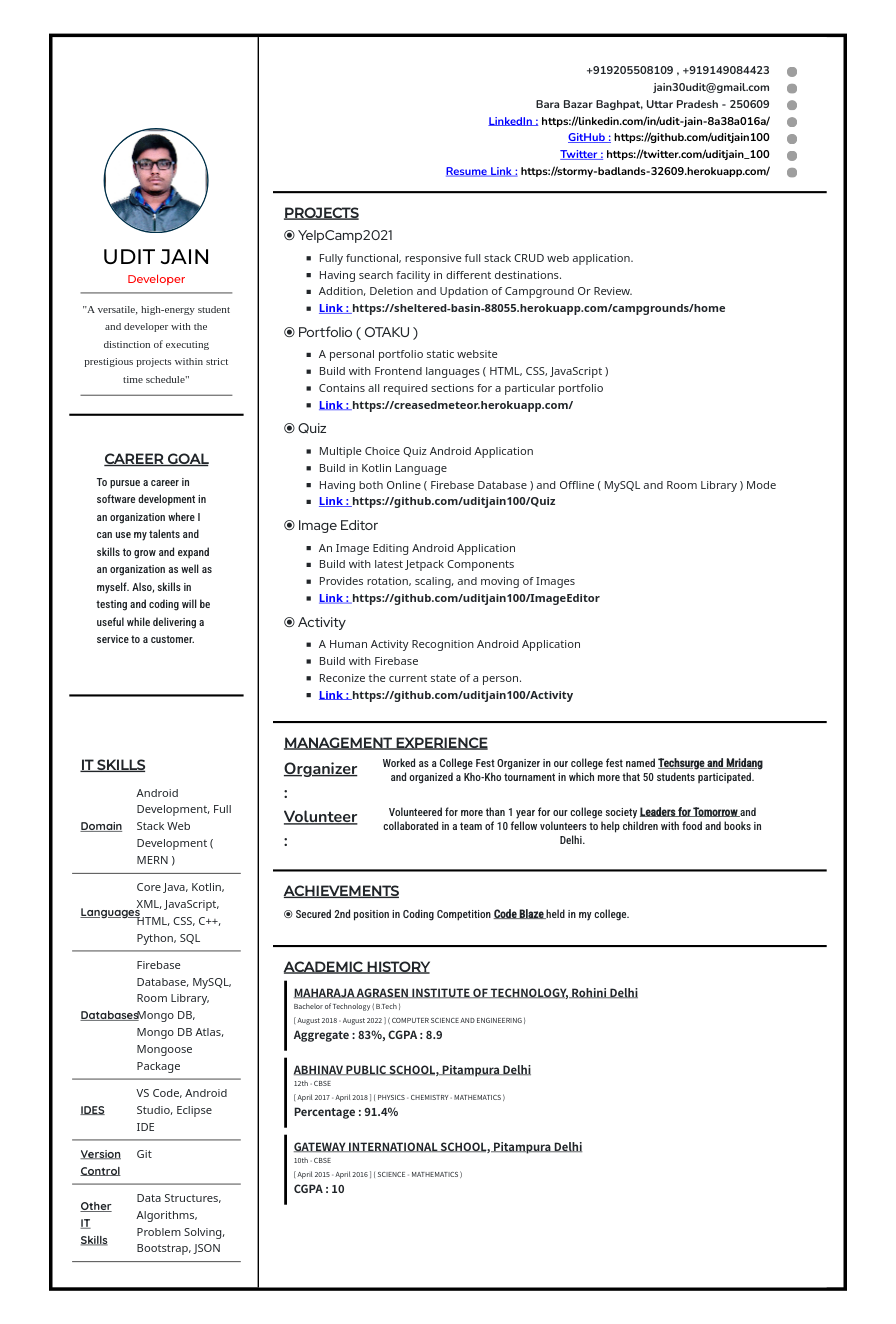
Repository: uditjain100/Resume
Page: index.html
The author's editor kept a copy of each file at every save. The page is drawn from the files as they stood at one save, then again after the next save.
The browser window is 1280 px wide. The pictures show the whole page, at 70% of full size.
Pictures or frames that could not be fetched are drawn as grey boxes. Some web fonts or font styles are not loaded; a fallback is used.

Above is the page before, as saved 2021-05-28 02:12:10.

After the next save:
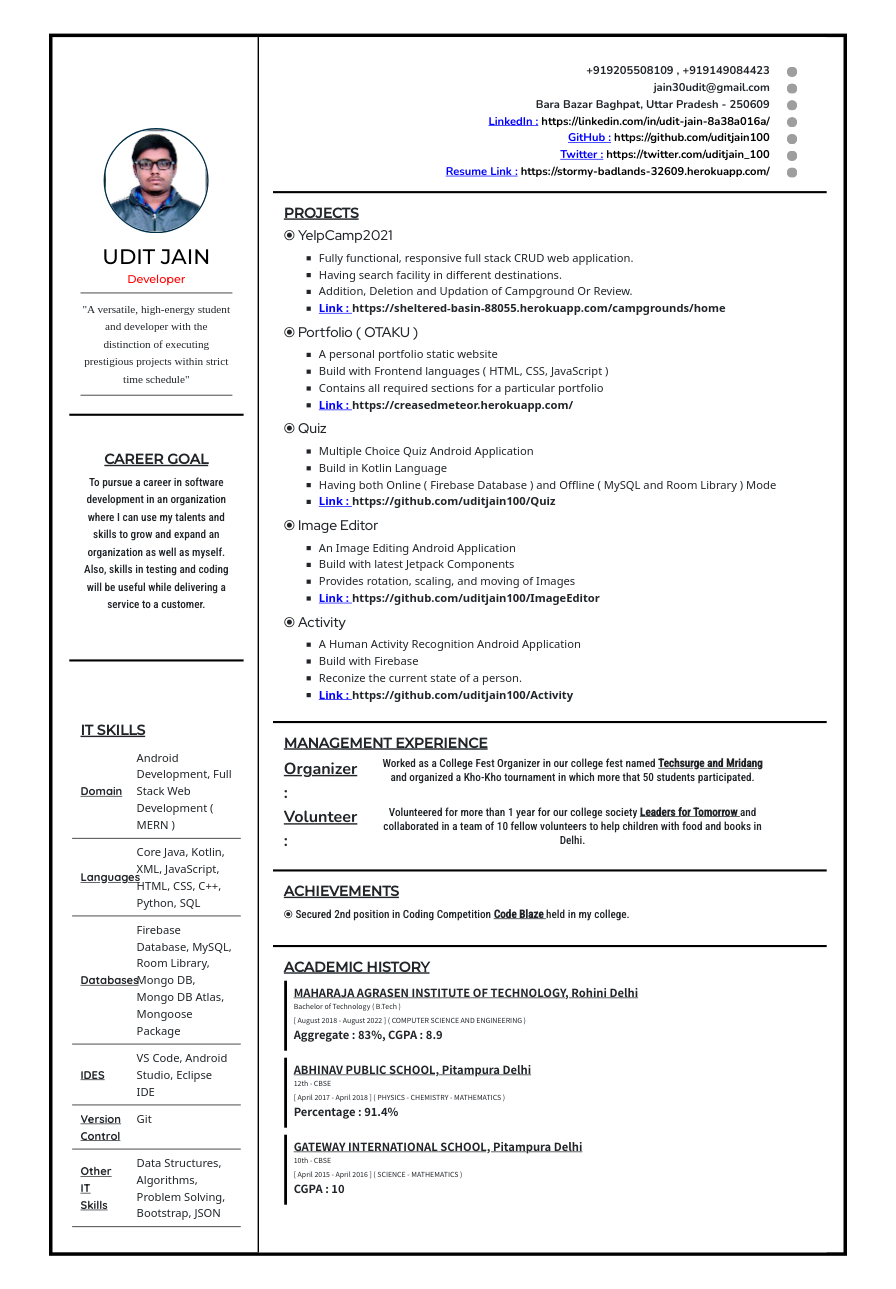
Saved 18 s later.
--- a/index.html
+++ b/index.html
@@ -93,7 +93,7 @@
 
 				<article class="card-body" id="goalbox">
 					<h3 class="card-title text-center">CAREER GOAL</h3>
-					<p class="container">
+					<p class="text-center">
 						To pursue a career in software development in an organization where
 						I can use my talents and skills to grow and expand an organization
 						as well as myself. Also, skills in testing and coding will be useful
